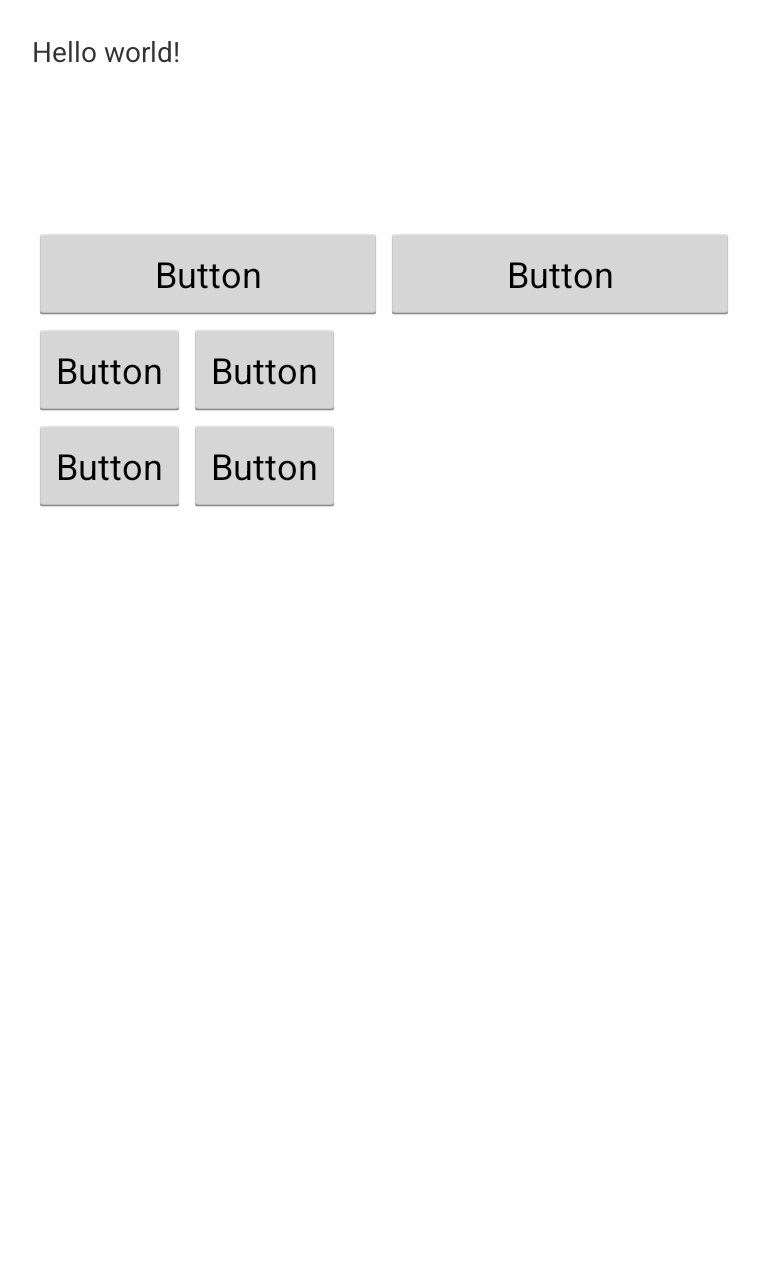
Repository: pancho1313/practica2tests
Layout: ActivityRegistrator/res/layout/activity_activity_marker.xml
The author's editor kept a copy of each file at every save. The layout is drawn from the files as they stood at one save, then again after the next save.
It is drawn on a 768 x 1280 px phone screen (xhdpi) without system bars, with theme AppTheme; the app's code is not run.

Above is the layout before, as saved 2014-01-15 14:35:10.

### ActivityRegistrator/res/layout/activity_activity_marker.xml
<RelativeLayout xmlns:android="http://schemas.android.com/apk/res/android"
    xmlns:tools="http://schemas.android.com/tools"
    android:layout_width="match_parent"
    android:layout_height="match_parent"
    android:paddingBottom="@dimen/activity_vertical_margin"
    android:paddingLeft="@dimen/activity_horizontal_margin"
    android:paddingRight="@dimen/activity_horizontal_margin"
    android:paddingTop="@dimen/activity_vertical_margin"
    tools:context=".ActivityMarker" >

    <TextView
        android:id="@+id/textView1"
        android:layout_width="wrap_content"
        android:layout_height="wrap_content"
        android:text="@string/hello_world" />

    <LinearLayout
        android:layout_width="match_parent"
        android:layout_height="match_parent"
        android:layout_below="@+id/textView1"
        android:layout_centerHorizontal="true"
        android:layout_marginTop="78dp"
        android:orientation="vertical" >

        <LinearLayout
            android:layout_width="match_parent"
            android:layout_height="wrap_content" >

            <Button
                android:id="@+id/button1"
                android:layout_width="wrap_content"
                android:layout_height="wrap_content"
                android:text="Button"
                android:layout_weight="1" />

            <Button
                android:id="@+id/button2"
                android:layout_width="wrap_content"
                android:layout_height="wrap_content"
                android:text="Button"
                android:layout_weight="1" />

        </LinearLayout>

        <LinearLayout
            android:layout_width="match_parent"
            android:layout_height="wrap_content" >

            <Button
                android:id="@+id/button3"
                android:layout_width="wrap_content"
                android:layout_height="wrap_content"
                android:text="Button" />

            <Button
                android:id="@+id/button4"
                android:layout_width="wrap_content"
                android:layout_height="wrap_content"
                android:text="Button" />

        </LinearLayout>

        <LinearLayout
            android:layout_width="match_parent"
            android:layout_height="wrap_content" >

            <Button
                android:id="@+id/button5"
                android:layout_width="wrap_content"
                android:layout_height="wrap_content"
                android:text="Button" />

            <Button
                android:id="@+id/button6"
                android:layout_width="wrap_content"
                android:layout_height="wrap_content"
                android:text="Button" />

        </LinearLayout>

    </LinearLayout>

</RelativeLayout>

### ActivityRegistrator/res/values/strings.xml
<?xml version="1.0" encoding="utf-8"?>
<resources>

    <string name="app_name">ActivityRegistrator</string>
    <string name="action_settings">Settings</string>
    <string name="start">start</string>
    <string name="stop">stop</string>
    <string name="emptyDate">--:--:--</string>
    <string name="title_activity_select_activity_registrator">SelectActivityRegistrator</string>
    <string name="hello_world">Hello world!</string>
    <string name="select">Select Activity</string>
    <string name="recorder">Sensor Recorder</string>
    <string name="registrator">Activity Registrator</string>
    <string name="title_activity_activity_marker">ActivityMarker</string>

</resources>

Loaded but not shown: ActivityRegistrator/res/values/styles.xml (common file); ActivityRegistrator/res/values-v11/styles.xml (common file); ActivityRegistrator/res/values-v14/styles.xml (common file); ActivityRegistrator/res/values/dimens.xml (common file)

After the next save:
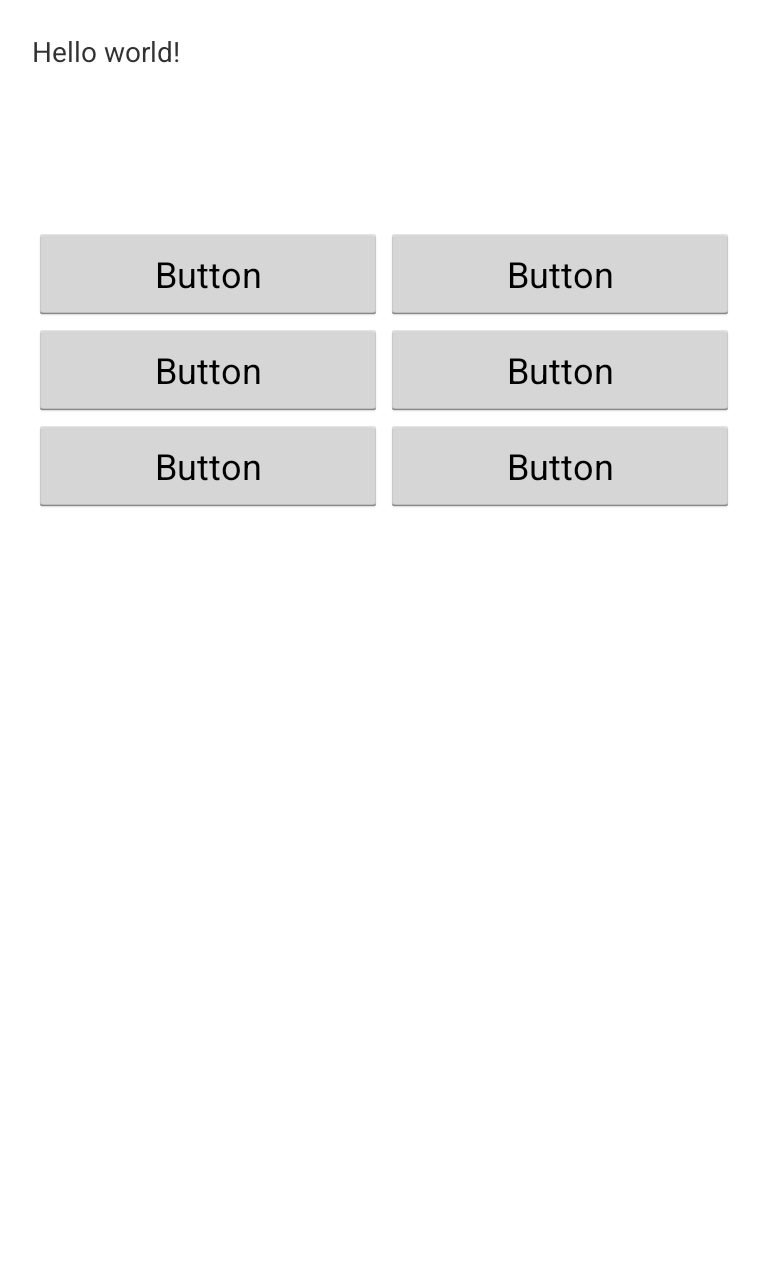
Saved 34 s later.
--- a/ActivityRegistrator/res/layout/activity_activity_marker.xml
+++ b/ActivityRegistrator/res/layout/activity_activity_marker.xml
@@ -50,13 +50,15 @@
                 android:id="@+id/button3"
                 android:layout_width="wrap_content"
                 android:layout_height="wrap_content"
-                android:text="Button" />
+                android:text="Button"
+                android:layout_weight="1" />
 
             <Button
                 android:id="@+id/button4"
                 android:layout_width="wrap_content"
                 android:layout_height="wrap_content"
-                android:text="Button" />
+                android:text="Button"
+                android:layout_weight="1" />
 
         </LinearLayout>
 
@@ -68,13 +70,15 @@
                 android:id="@+id/button5"
                 android:layout_width="wrap_content"
                 android:layout_height="wrap_content"
-                android:text="Button" />
+                android:text="Button"
+                android:layout_weight="1" />
 
             <Button
                 android:id="@+id/button6"
                 android:layout_width="wrap_content"
                 android:layout_height="wrap_content"
-                android:text="Button" />
+                android:text="Button"
+                android:layout_weight="1" />
 
         </LinearLayout>
 
